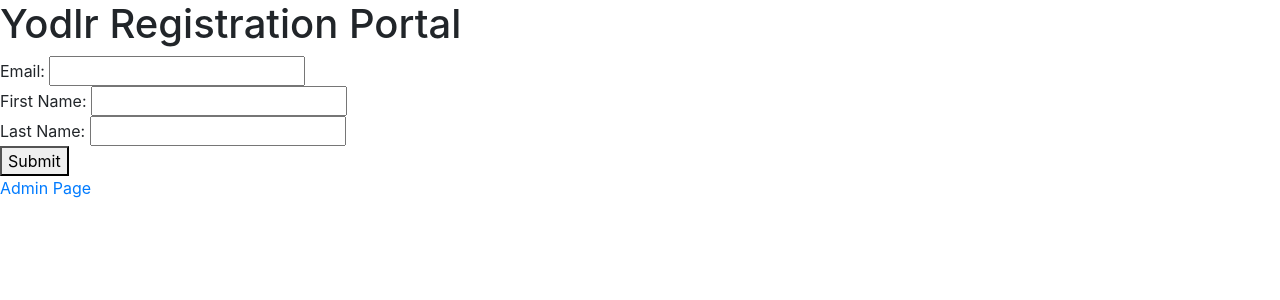
Repository: rmdayberry/yodlr-take-home
Page: public/signup.html
An editor plug-in stored every save of this project. The page is shown before and after the next save, followed by the edit.
The browser window is 1280 px wide. The pictures show the whole page.

Above is the page before, as saved 2024-10-09 08:42:23.

### public/signup.html
<!DOCTYPE html>
<html>
<head>
  <meta charset=utf-8>
  <title>Yodlr Registration Portal</title>
  <link rel="stylesheet" href="css/styles.css" />
  <link rel="stylesheet" href="https://stackpath.bootstrapcdn.com/bootstrap/4.5.2/css/bootstrap.min.css" />

  <script src="https://code.jquery.com/jquery-3.6.0.min.js"></script>
    <script>$(document).ready(function() {
      $('form').on('submit', function(e){
        e.preventDefault();
        const email = $('input[name="email"]').val();
        const firstName= $('input[name="firstName"]').val();
        const lastName= $('input[name="lastName"]').val();

        //Post user data to server
        $.ajax({
          type: 'POST',
          url: 'http://localhost:3000/users',
          data: JSON.stringify({email: email, firstName: firstName, lastName: lastName}),
          contentType: 'application/json',
          success: function(response){
            alert('User registered sucessfully: ' + JSON.stringify(response));
            $('form')[0].reset(); //form clear
          },
          error: function(err) {
            alert('Error registering user: ' + err.responseJSON.message);
          }
        });
      });
    });
      </script>
</head>
<body>
  <h1>Yodlr Registration Portal</h1>
  <form>
    Email: <input type="email" name="email" required></br>
    First Name: <input type="text" name="firstName" required></br>
    Last Name: <input type="text" name="lastName" required></br>
    <button type="submit">Submit</button>
  </form>
  <p>
    <a href="/admin.html">Admin Page</a>
  </p>
</body>
</html>

### public/css/styles.css
@import url("https://fonts.googleapis.com/css2?family=Roboto:wght@400;500;700&display=swap");

body {
  font-family: "Roboto", sans-serif;
}

After the next save:
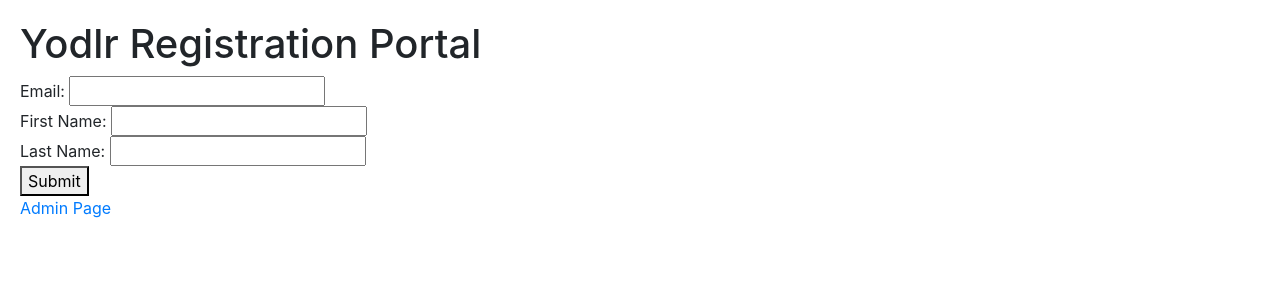
Saved 43 s later.
--- a/public/css/styles.css
+++ b/public/css/styles.css
@@ -2,4 +2,6 @@
 
 body {
   font-family: "Roboto", sans-serif;
+  background-color: #f8f9fa;
+  padding: 20px;
 }
